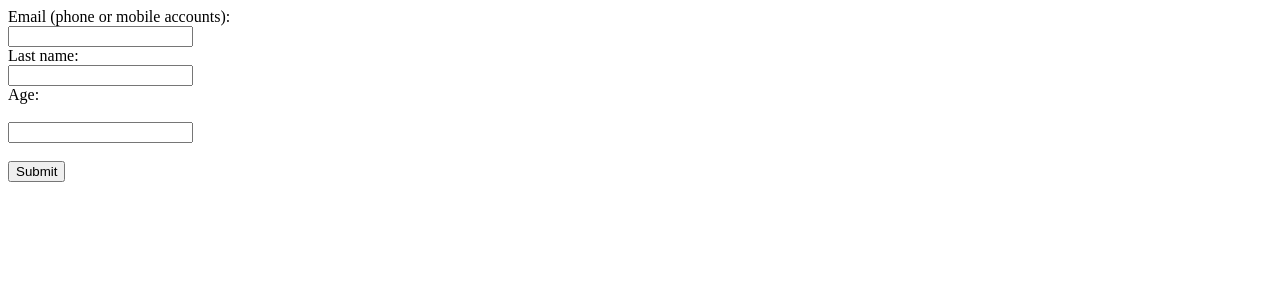
Repository: brittmarie333/replica
Page: index.html
These files come from the project's save history. The page is drawn as it stood at one moment and after the next save; the edit follows.
The browser window is 1280 px wide. The pictures show the whole page.

Above is the page before, as saved 2023-11-12 14:24:08.

After the next save:
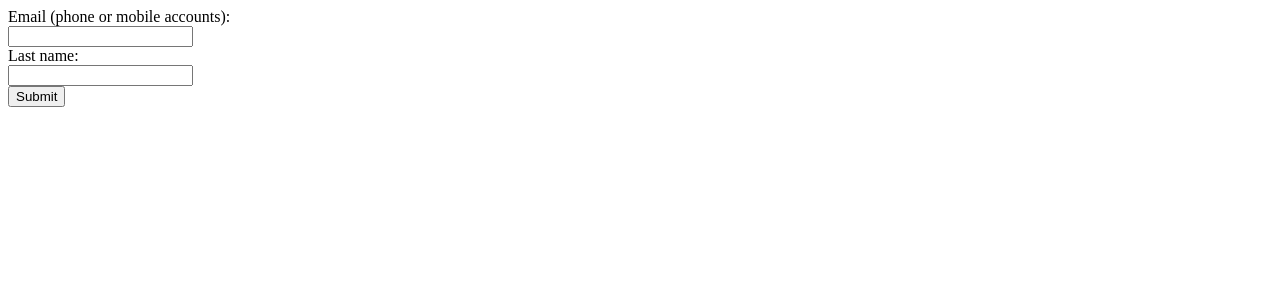
Saved 35 s later.
--- a/index.html
+++ b/index.html
@@ -11,8 +11,6 @@
         <input type="text" id="fname" name="fname"><br>
         <label for="lname">Last name:</label><br>
         <input type="text" id="lname" name="lname" ><br>
-        <label for="age">Age:</label></form><br>
-        <input type="number" id="age" name="age"><br><br>
         <input type="submit" value="Submit">
       </form>
 
